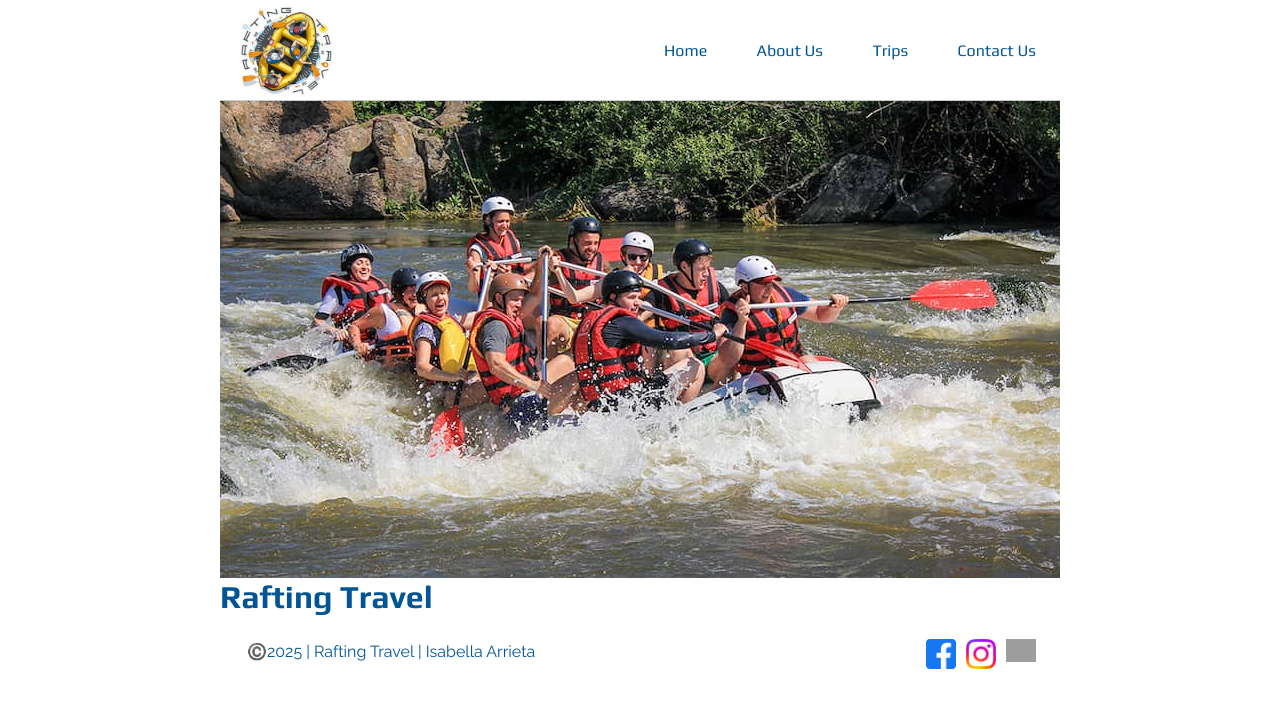
Repository: isaAJ05/wdd130
Page: wwr/index.html
An editor plug-in stored every save of this project. The page is shown before and after the next save, followed by the edit.
The browser window is 1280 px wide. The pictures show the whole page.
Pictures or frames that could not be fetched are drawn as grey boxes.

Above is the page before, as saved 2025-06-16 19:59:13.

### wwr/index.html
<!DOCTYPE html>
<html lang="en">
<head>
    <meta charset="UTF-8">
    <meta name="viewport" content="width=device-width, initial-scale=1.0">
    <title>Home-Rafting Travel</title>
    <meta name="description" content="Main page: Rafting Travel">
    <meta name="author" content="Isabella Arrieta">
    <link rel="stylesheet" href="styles/rafting.css">
    <link rel="preconnect" href="https://fonts.googleapis.com">
    <link rel="preconnect" href="https://fonts.gstatic.com" crossorigin>
    <link href="https://fonts.googleapis.com/css2?family=Play:wght@400;700&family=Raleway:ital,wght@0,100..900;1,100..900&display=swap" rel="stylesheet">
</head>
<body>
    <header>
        <img src ="images/z-raftingcompas.jpg" alt="Rafting Company Logo">
    <nav>
        <a href="index.html">Home</a>
        <a href="about.html">About Us</a>
        <a href="trips.html">Trips</a>
        <a href="contact.html">Contact Us</a>
    </nav>
    </header>
    <main>
        <div class="hero">
            <img src="images/rafting10_1024.jpg" alt="Rafting">
            <h1>Rafting Travel</h1>
        </div>
        </main>
    <footer>
        <p>©️2025 | Rafting Travel | Isabella Arrieta</p>
        <nav class="socialmedia">
            <a href="https://www.facebook.com/">
                <img src="images/facebook.webp" alt="Facebook" width="30">
            </a>
            <a href="https://www.instagram.com/">
                <img src="images/instagram.webp" alt="Instagram" width="30">
            </a>
            <a href="https://x.com/home">
                <img src="images/x.webp" alt="X" width="30">
            </a>
        </nav>
    </footer>
</body>
</html>

### wwr/styles/rafting.css
:root {
    --primary-color: #FC9F1C;
    --secondary-color: #FFE77C;
    --accent1-color: #025595;
    --accent2-color: #A6DEF6;
    --heading-font: "Play", sans-serif;
    --body-font: "Raleway", sans-serif;
}

header {
    margin: 1rem auto;
    background-color: #fff;
    color: var(--secondary-color);
    display: grid;
	grid-template-columns: 1fr 1fr;
    align-items: center;
    border-bottom: 1px solid #ccc;

}
header img {
    width: 100px;
    height: auto;
    margin-left: 16px;
}
*{
    margin: 0;
    padding: 0;
    box-sizing: border-box;
}
body {
    font-family: var(--body-font);
    color: var(--accent1-color);
}
 header, main, footer {
    width: 840px;
    margin: 0 auto;
}
h1, h2{
    font-family: var(--heading-font);
    color: var(--accent1-color);
}
p, section, article{
    margin: 16px;
    padding: 8px;
}
.History {
    display: grid;
	grid-template-columns: 1fr 1fr 1fr;
    align-items: center;
    grid-gap: 1px;
}
.History h2{
    grid-column: 1/4;
    text-align: center;

}
.History img{
    width: 100%;
    height: auto;
}
.Adventure {
    display: grid;
    grid-template-columns: 1fr 1fr 1fr 1fr 1fr;
    align-items: center;
    grid-gap: 15px;
}
.Adventure h2{
    grid-column: 1/6;
    text-align: center;
}
.Adventure img{
    width: 100%;
    height: auto;
}
figcaption {
    text-align: center;
}
nav {
    margin: 16px;
    padding: 8px;
    display: flex;
    justify-content: space-between;
	flex: 1 1 auto;

}
nav a {
    text-decoration: none;
    font-family: var(--heading-font);
    color: var(--accent1-color);
}
nav a:hover {
    color: var(--primary-color);
    text-decoration: underline;
}

.socialmedia a{
    text-decoration: none;
}
.socialmedia {
    justify-content: right;
    gap: 10px;
}

.herodiv{
    position: relative;
    margin: 1em auto;

}

.herodiv img{
    display: block;
    width: 100%;
    height: auto;
}

.herodiv h1{
    position: absolute;
    top: 20px;
    width: 100%;
    padding: 16px;
    text-align: center;
    opacity: 0.9;
    background-color: var(--accent1-color);
    color: #ffffff;

}

.herodiv article{
    position: absolute;
    top: 150px;
    left: 5px;
    width: 800px;
    opacity: 0.9;
    background-color: var(--accent1-color);
    color: #ffffff;
}
.herodiv article img{
    float: right;
    width: 230px;
    padding: 8px;
}
footer {
    display: flex;

}
footer p {
    margin: 19px;
    padding: 8px;

}
.rectangle-3 {
	width: 840px;
	height: 159px;
	padding: 8px 8px 8px 8px;
	background:var(--accent1-color);
    margin: 0 auto;
    display: flex;
    flex-direction: column;
    align-items: center;
    justify-content: center;
	border-radius: 3px 3px 3px 3px;

}
.rectangle-3 .header-3 {
    width: 463px;
	height: 36px;
	color: #FFFFFF;
	font-family: var(--heading-font);
	font-weight: 700;
	font-size: 30px;
	line-height: 1.2;
	text-align: center;
}
.we-love-questions-and-feedback-and-we-re-always- {
	width: 418px;
	height: 44px;
	color: #FFFFFF;
	font-family: var(--body-font);
	font-weight: 400;
	font-size: 13px;
	line-height: 1.4;
	text-align: center;
}
.rectangle-4 {
	width: 840px;
	height: 348px;
	background: #FFFFFF;
	border-radius: 3px 3px 3px 3px;
    display: flex;
    align-items: flex-start;
}
.column-text{
    flex:1;
    padding: 20px;
    align-items: center;
}
.column-text .block{
    flex:1;
}

.column-map {
    flex: 1;
    text-align: right;;
}

.column-map iframe {
	max-width: 463px;
	height: 348px;
	background: #00000000;

}


.header-14 {
	width: 223px;
	color: var(--accent1-color);
	font-family: var(--body-font);
	font-weight: 700;
	font-size: 24px;
	line-height: 1.2;
    text-align: left;
    margin-top: 34px;
}
.jackson-wyoming-ee-uu- {

    margin-top: 35px;
	color: var(--accent1-color);
	font-family: var(--body-font);
	font-weight: 600;
	font-size: 16px;
	line-height: 1.1;
	text-align: left;
    padding-left: 6px;
}


.address-phone-and-email {
    margin-top: 20px;
	color: var(--accent1-color);
	font-family: var(--body-font);
	font-weight: 400;
	font-size: 11px;
	line-height: 1.5;
	text-align: left;
}
.address-phone-and-email img {
	width: 18px;
	height: 18px;
}
.address-phone-and-email figure {
    display: flex;
    gap: 10px;
    margin: 0;
    margin-top: 10px;
}



.rectangle-5 {
	width: 840px;
	height: 240px;
    padding: 20px 20px 20px 20px;
	background: var(--accent1-color);
	border-radius: 3px 3px 3px 3px;
    display: grid;
    grid-template-columns: 1fr 1fr 1fr;
    align-items: center;
    justify-items: center;
}
.rectangle-5 img {
	width: 120px;
	height: 135px;
	background: #00000000;
}

.rectangle-5 figcaption {
	width: 111px;
	height: 15px;
	color: #FFFFFF;
	font-family: var(--body-font);
	font-weight: 500;
	font-size: 14px;
	line-height: 1.1;
	text-align: center;
}

.header-16 {
	width: 223px;
	height: 48px;
	color: #FFFFFF;
	font-family: var(--heading-font);
	font-weight: 700;
	font-size: 24px;
	line-height: 1.2;
	text-align: center;
    grid-column: 1/4;
    margin: 0 auto;
}

.rectangle-6 {
	width: 840px;
	height: 551px;
	padding: 8px 8px 8px 8px;
	background: #EDF0F4;
	border-radius: 3px 3px 3px 3px;
}
.rectangle-6 h2{
    margin-top: 48px;
	color: #3B4754;
	font-family: var(--heading-font);
	font-weight: 700;
	font-size: 24px;
	line-height: 1.2;
	text-align: center;
}

.rectangle-6 p {
	color: #4f6278;
	font-family: var(--body-font);
	font-weight: 400;
	font-size: 13px;
	line-height: 1.5;
	text-align: center;
}

.rectangle-6 .row {
    display: flex;
    gap: 20px;
    align-items: center;
    justify-content: center;
    padding-top: 16px;
    padding-bottom: 16px;

}

.rectangle-6 .form-title {
    display: flex;
    flex-direction: column;

}
.rectangle-6 .form-title label{
	width: 31px;
	height: 12px;
	color: #3B4754;
	font-family: var(--body-font);
	font-weight: 700;
	font-size: 11px;
	line-height: 1.1;
	text-align: left;
}
.rectangle-6 .form-title input{
	width: 225px;
	height: 28px;
	background: #FFFFFF;
	color: #9FAFC1;
	border-color: #C9D3DD;
	border-width: 2px;
	border-style: solid;
	border-radius: 4px 4px 4px 4px;
	font-family: var(--body-font);
	font-weight: 400;
	font-size: 12px;
	text-align: left;
    margin-top: 4px;
}
.rectangle-6 .title label{
	width: 31px;
	height: 12px;
	color: #3B4754;
	font-family: var(--body-font);
	font-weight: 700;
	font-size: 11px;
	line-height: 1.1;
	text-align: left;
    padding-left: 176px;
}
.radio{
    padding-left: 176px;

}

input[type="radio"]{
	background: #FFFFFF;
	border-color: #C9D3DD;
	border-width: 1.5px;
	border-style: solid;
}
.radio label {
    font-family: var(--body-font);
	font-weight: normal;
	font-size: 12px;
	text-align: left;
    color: #232323;
}
.rectangle-6 .textarea {
    display: flex;
    flex-direction: column;
    align-items: center;
    justify-content: center;
}
.rectangle-6 .textarea textarea {
    width: 469px;
	height: 99px;
	background: #FFFFFF;
	color: #000000;
	border-color: #C9D3DD;
	border-width: 2px;
	border-style: solid;
	border-radius: 4px 4px 4px 4px;
	font-family: var(--body-font);
	font-weight: 400;
	font-size: 12px;
	text-align: left;

}
.check {
    padding-left: 260px;
    padding-top: 20px;
    padding-bottom: 16px;
}
.check checkbox {
	width: 371px;
	height: 19px;
	background: #FFFFFF;
	border-color: #C9D3DD;
	border-width: 1.5px;
	border-style: solid;

}

.check label{
    font-family: var(--body-font);
	font-weight: normal;
	font-size: 12px;
	text-align: left;
	color: #4f6278;;
}
.send {
    padding-left: 360px;
}
.rectangle-6 button {
	width: 100px;
	height: 28px;
	padding: 0px 10px 0px 10px;
	background: var(--accent1-color);
	color: #FFFFFF;
	border-color: #3B4754;
	border-width: 1px;
	border-style: solid;
	border-radius: 2px 2px 2px 2px;
	font-family: var(--body-font);
	font-weight: 700;
	font-size: 10px;
	text-align: center;

}
.rectangle-6 button:hover {
    background: var(--primary-color);
    color: #fff;
    cursor: pointer;
}
.hero {
  position: relative;
}
.hero img {
  width: 100%;
  display: block;
}
.hero-title {
  position: absolute;
  top: 40%;
  left: 10%;
  color: white;
  font-size: 2.5rem;
}

After the next save:
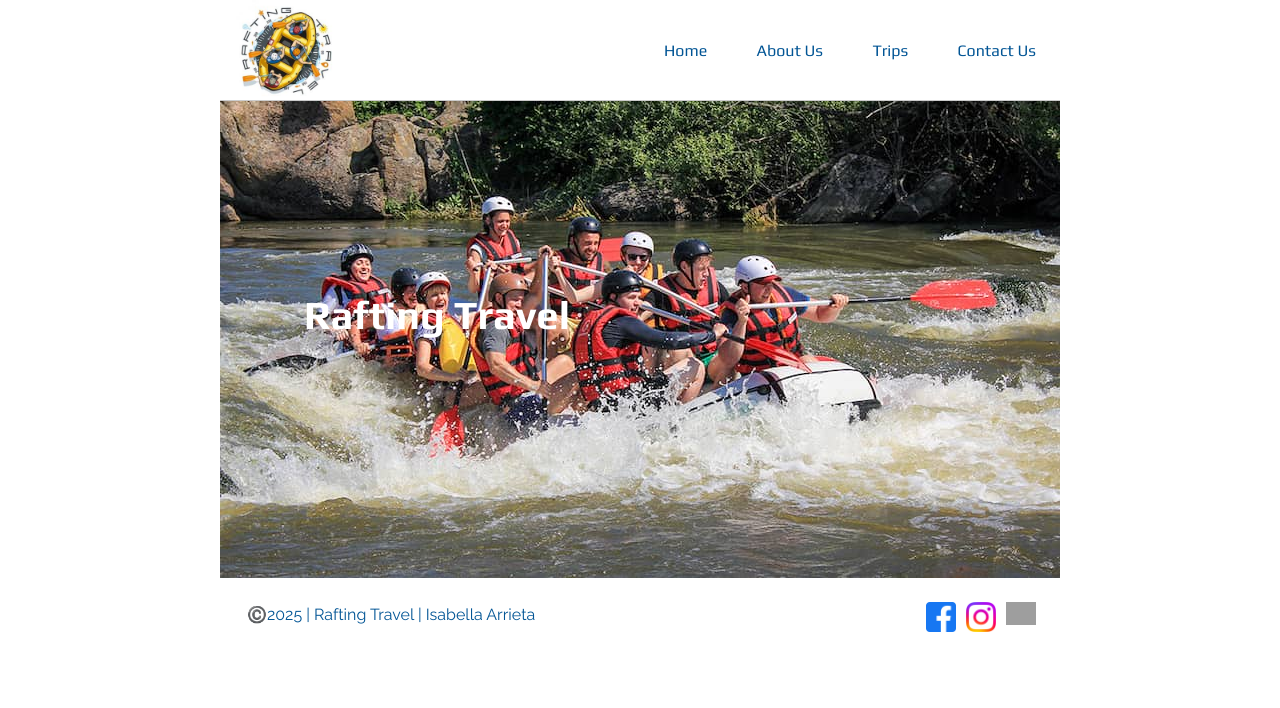
Saved 2 min 6 s later.
--- a/wwr/styles/rafting.css
+++ b/wwr/styles/rafting.css
@@ -466,7 +466,7 @@ input[type="radio"]{
   width: 100%;
   display: block;
 }
-.hero-title {
+.hero h1 {
   position: absolute;
   top: 40%;
   left: 10%;
